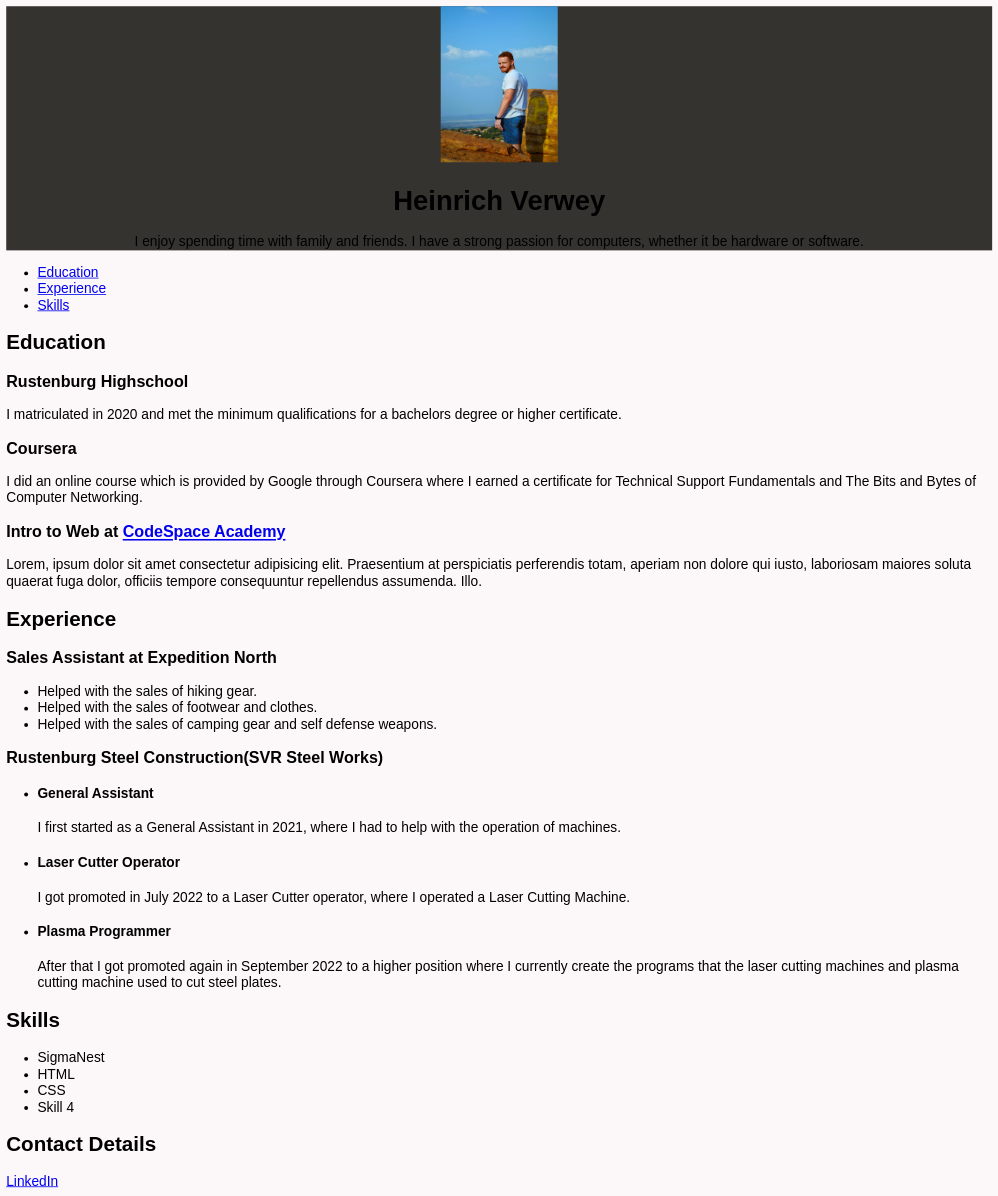
Repository: W3asl3y/IntroToWebDesign
Page: index.html
An editor plug-in stored every save of this project. The page is shown before and after the next save, followed by the edit.
The browser window is 1280 px wide. The pictures show the whole page, at 78% of full size.

Above is the page before, as saved 2022-10-19 22:34:22.

After the next save:
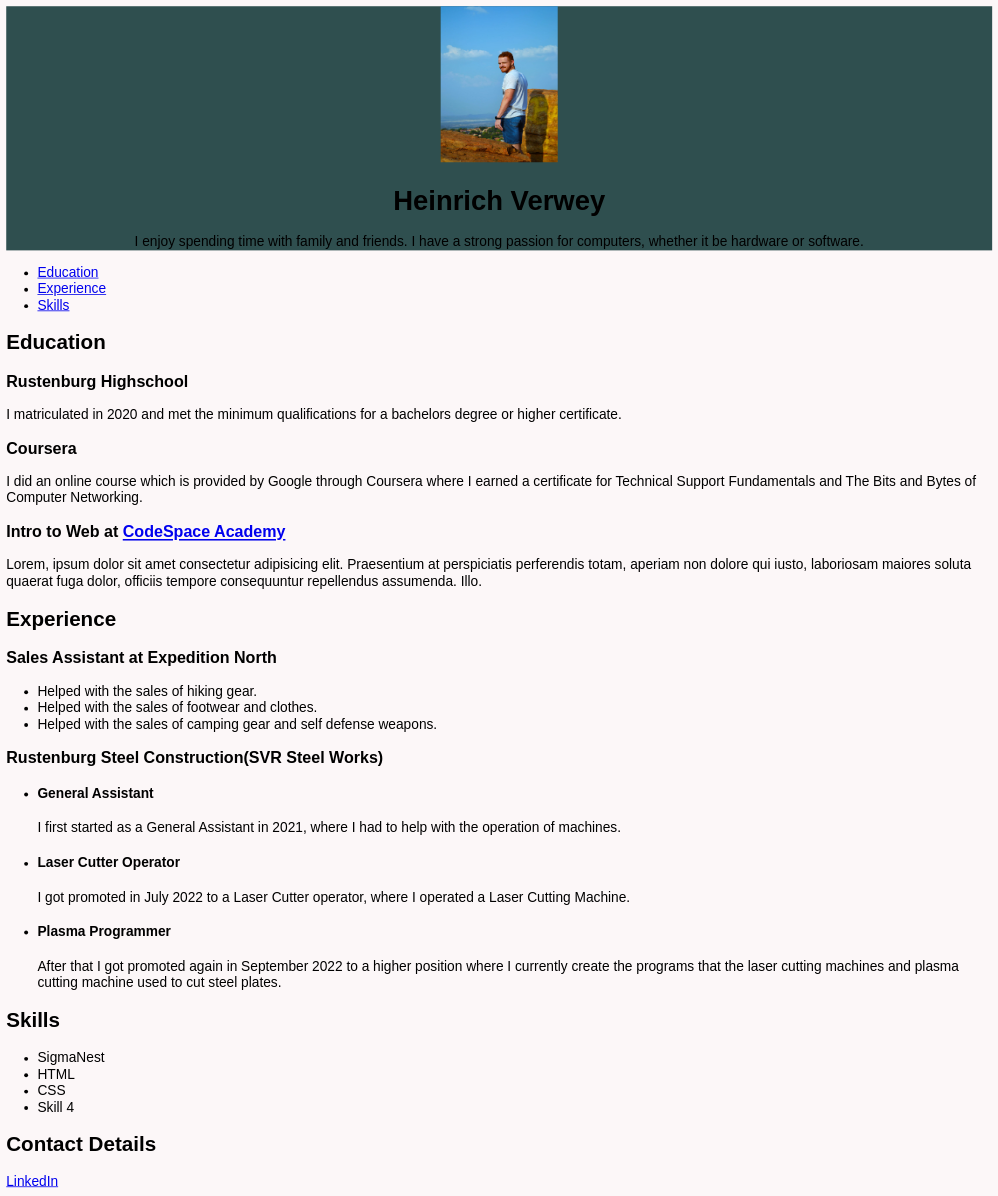
Saved 52 s later.
--- a/CSS/stylesheet.css
+++ b/CSS/stylesheet.css
@@ -6,7 +6,7 @@ body{
 
 header {
   text-align: center;
-  background-color: #343330;
+  background-color: darkslategray;
 }
 
 footer {
